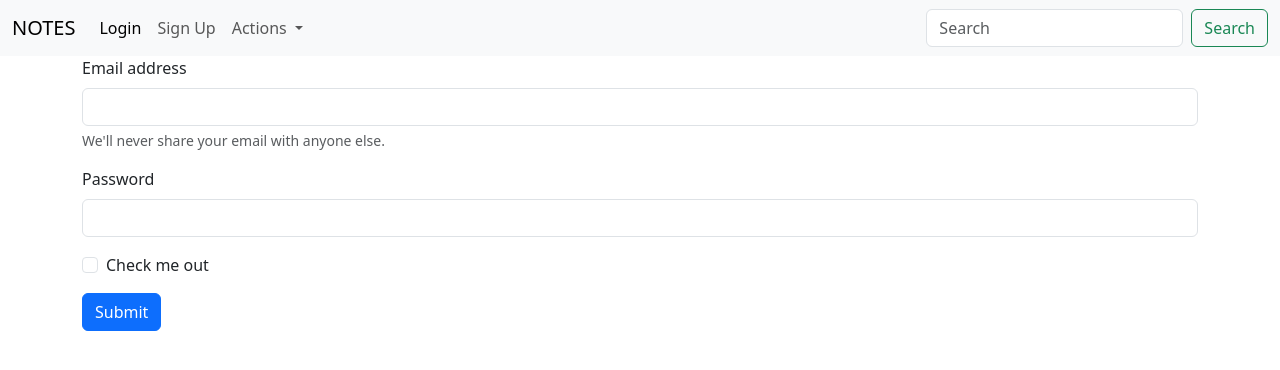
Repository: Qu4ntumGuy/flask-notes
Page: http://localhost/signup
The author's editor kept a copy of each file at every save. The page is drawn from the files as they stood at one save, then again after the next save.
The browser window is 1280 px wide. The pictures show the whole page.
The page is served by the project's application, run on Flask 3 (website/__init__.py).

Above is the page before, as saved 2024-05-30 19:15:51.

After the next save:
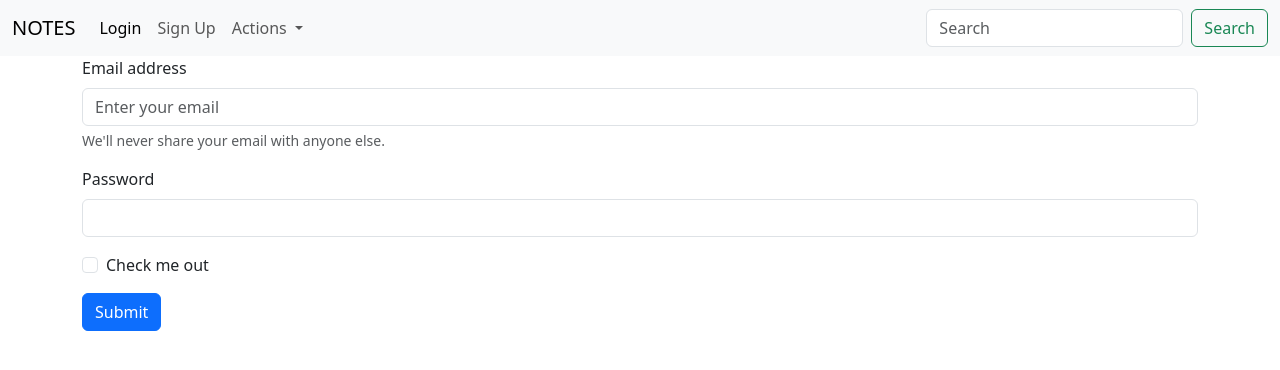
Saved 43 s later.
--- a/website/templates/signup.html
+++ b/website/templates/signup.html
@@ -3,8 +3,8 @@
 {% block content %}
 <form method="post">
     <div class="mb-3">
-      <label for="exampleInputEmail1" class="form-label">Email address</label>
-      <input type="email" class="form-control" id="email" aria-describedby="emailHelp">
+      <label for="email" class="form-label">Email address</label>
+      <input type="email" class="form-control" id="email" aria-describedby="emailHelp" placeholder="Enter your email">
       <div id="emailHelp" class="form-text">We'll never share your email with anyone else.</div>
     </div>
     <div class="mb-3">
